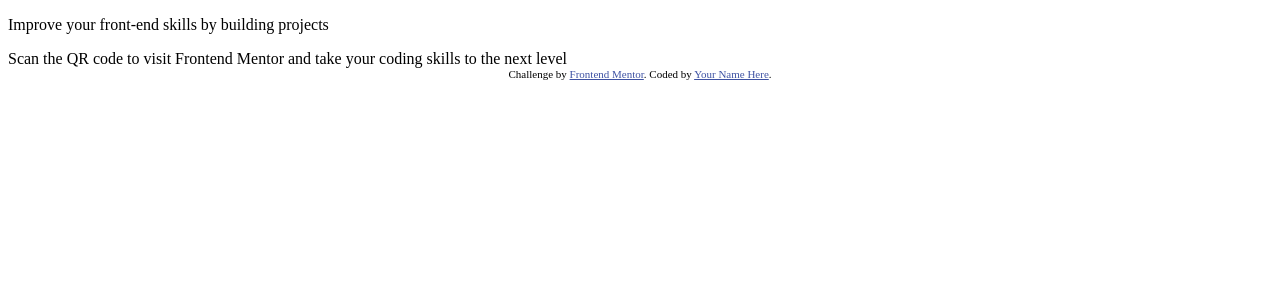
Repository: jminervino/CSS-QRCodeResponsive
Page: index.html
These files come from the project's save history. The page is drawn as it stood at one moment and after the next save; the edit follows.
The browser window is 1280 px wide. The pictures show the whole page.

Above is the page before, as saved 2022-02-08 19:14:33.

After the next save:
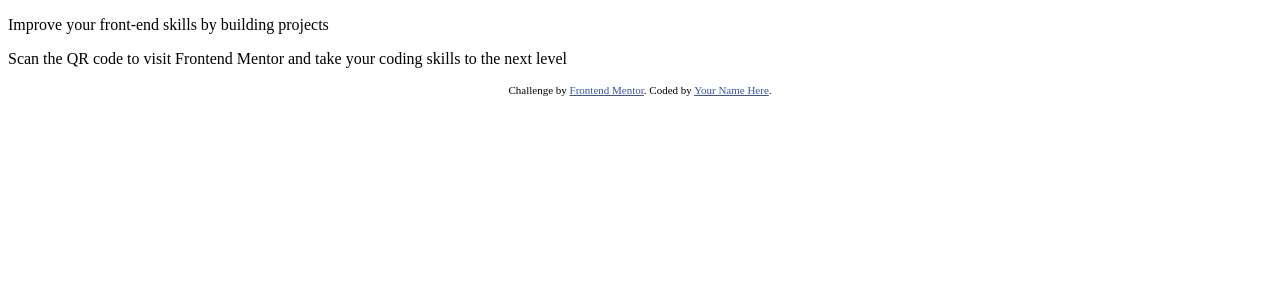
Saved 20 s later.
--- a/index.html
+++ b/index.html
@@ -24,7 +24,7 @@
         <div>
           <p>Improve your front-end skills by building projects</p>
 
-          Scan the QR code to visit Frontend Mentor and take your coding skills to the next level
+          <p>Scan the QR code to visit Frontend Mentor and take your coding skills to the next level</p>
         </div>
     </div>
       <div class="attribution">
